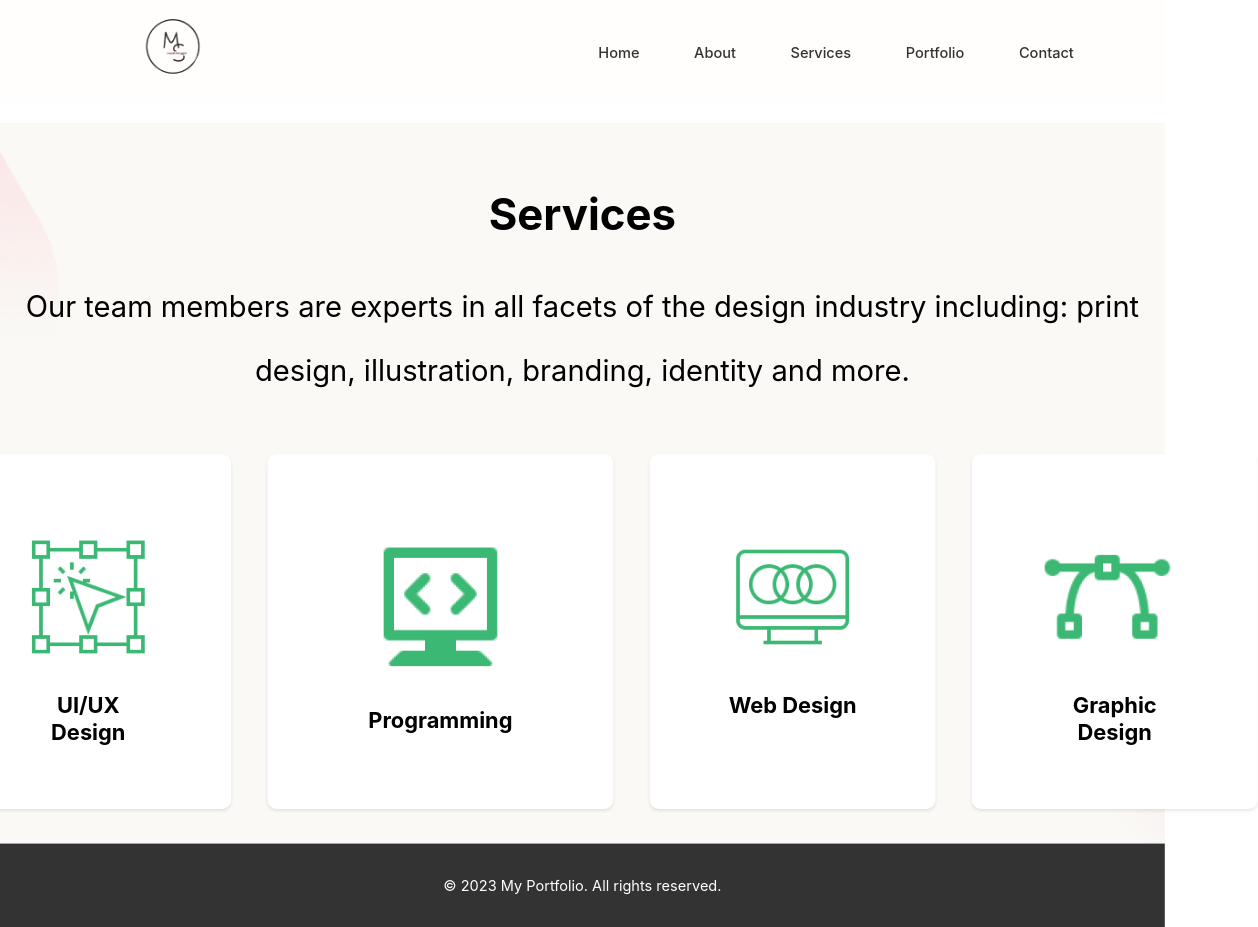
Repository: MEROO1010/Portfolio_00
Page: /services (app in portfolio_00/)
An editor plug-in stored every save of this project. The page is shown before and after the next save, followed by the edit.
The browser window is 1280 px wide. The page is 1382 px wide, so the pictures cover 1382 px, including what lies to the right of the window. The pictures show the whole page, at 91% of full size.
The project was rebuilt for these pictures with package versions that can differ from the ones it lists, and the page was loaded fresh each time. Also part of the build but not shown: portfolio_00/src/components/Home.jsx, portfolio_00/src/components/About.jsx, portfolio_00/src/components/Portfolio.jsx, portfolio_00/src/components/Contact.jsx.

Above is the page before, as saved 2024-11-19 10:31:32.

After the next save:
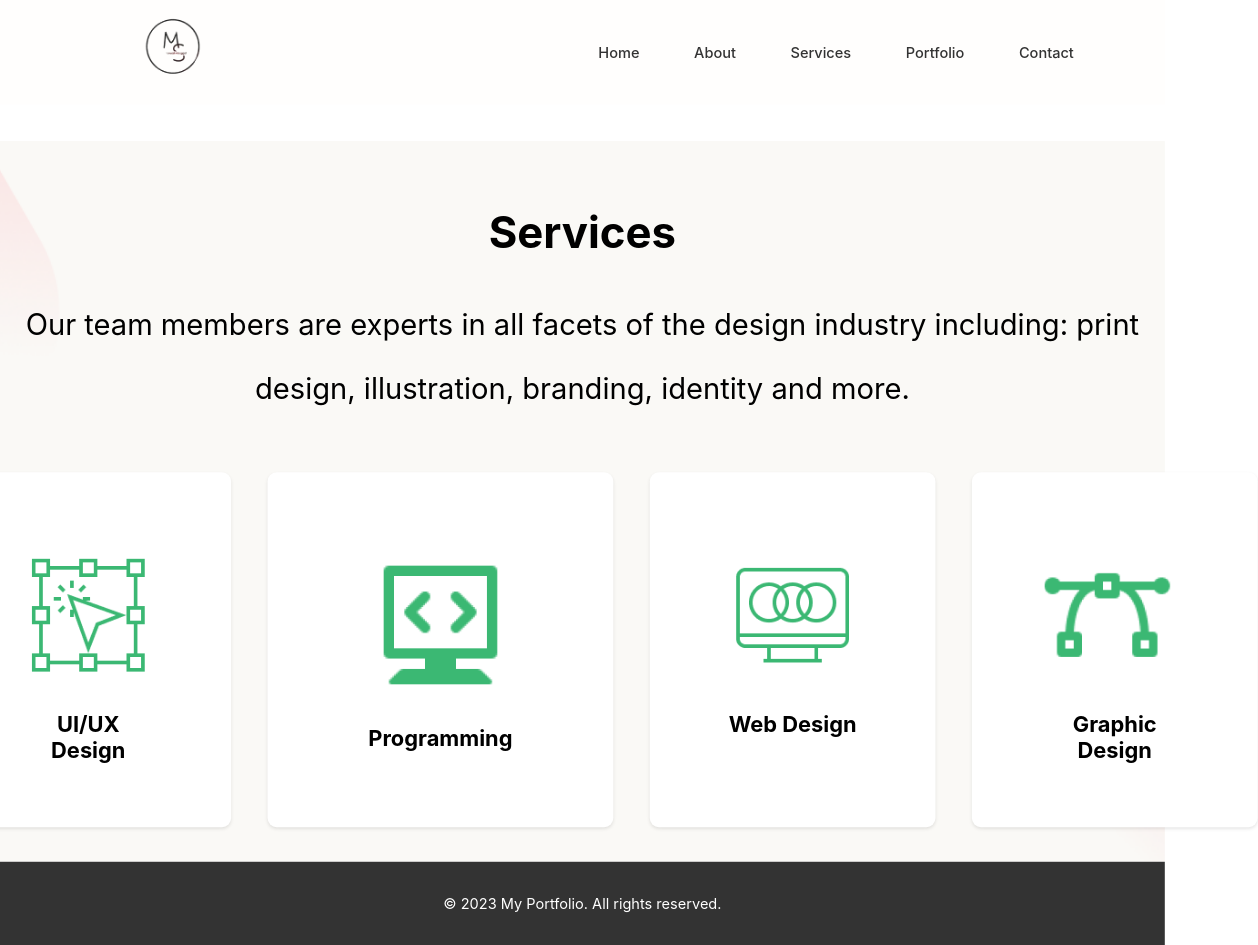
Saved 11 s later.
--- a/portfolio_00/src/components/Services.jsx
+++ b/portfolio_00/src/components/Services.jsx
@@ -15,7 +15,7 @@ const Container = styled.div`
   background-position: center;
   background-size:cover;
   height: 110vh;
-  margin-top:20px;
+  margin-top:40px;
 
 `;
 
